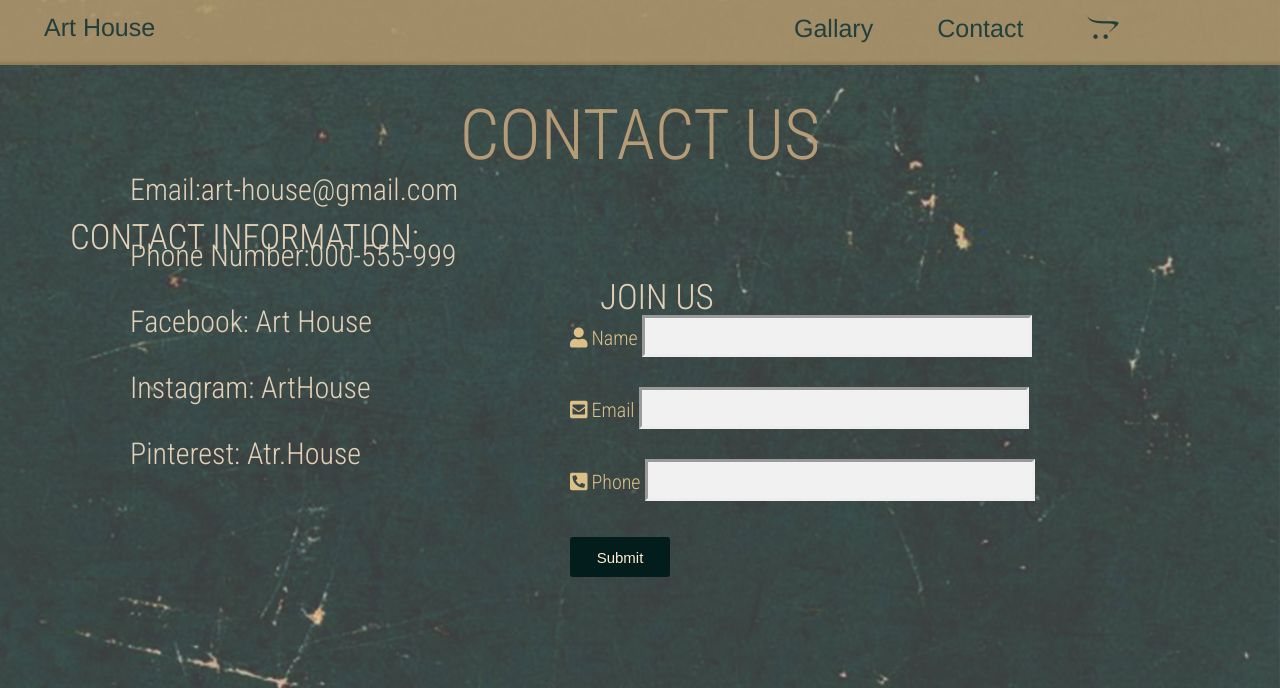
Repository: merge-confilicts/art-house
Page: html/contact-us.html
These files come from the project's save history. The page is drawn as it stood at one moment and after the next save; the edit follows.
The browser window is 1280 px wide. The pictures show the part of the page from y = 0 to 688 px (the page is 1739 px tall before and 1639 px after).
Pictures or frames that could not be fetched are drawn as grey boxes. A picture or video elsewhere on the page could not be fetched, so the positions and the page height are approximate.

Above is the page before, as saved 2021-05-26 01:02:06.

### html/contact-us.html
<!DOCTYPE html>
<html lang="en">

<head>
    <meta charset="UTF-8">
    <meta http-equiv="X-UA-Compatible" content="IE=edge">
    <meta name="viewport" content="width=device-width, initial-scale=1.0">
    <title>Art house</title>
    <l<link rel="preconnect" href="https://fonts.gstatic.com">
        <link
            href="https://fonts.googleapis.com/css2?family=Noto+Sans+JP:wght@300&family=Roboto+Condensed:wght@300&family=Tajawal:wght@300&display=swap"
            rel="stylesheet">
        <link href="css/reset.css" rel="stylesheet">
        <link href="../css/cantactUs.css" rel="stylesheet">
        <link rel="stylesheet" href="https://use.fontawesome.com/releases/v5.15.3/css/all.css"
            integrity="sha384-SZXxX4whJ79/gErwcOYf+zWLeJdY/qpuqC4cAa9rOGUstPomtqpuNWT9wdPEn2fk" crossorigin="anonymous">
</head>

<body>
    <h1>CONTACT US</h1>
    <h2>CONTACT INFORMATION:</h2>
    <header id="header">
        <nav>
            <ul>
                <li><a href="/index.html">Art House</a></li>
                <li><a href="/html/gallery.html">Gallary</a></li>
                <li><a href="#">Contact</a></li>
                <li><a href="/html/shopping-page.html"><i class="fab fa-opencart"></i>
            </ul>
        </nav>
        <div id="info">
            <ul>
                <li>
                    <a href="#">Email:art-house@gmail.com</a>
                </li><br /><br />
                <li>
                    <a href="#">Phone Number:000-555-999</a>
                </li><br /><br />
                <li>
                    <a href="#" id="fa">Facebook: Art House</a>
                </li><br /><br />
                <li>
                    <a href="#">Instagram: ArtHouse</a>
                </li><br /><br />
                <li>
                    <a href="#">Pinterest: Atr.House</a>
                </li><br /><br />
            </ul>
        </div>
        <img src="../Images/2.jpg" alt="" id='mainimg'>
    </header>
    <main>
        <article>
            <section class="right">
                <div>
                    <h2>JOIN US</h2>
                    <form action="" id="joinForm">
                        <fieldset>
                            <i class="fas fa-user"></i>
                            <label for="Name">Name</label>
                            <input id="name" class="input " name="Name" type="text" placholder="Name" required><br>

                            <i class="fas fa-envelope-square"></i>
                            <label for="Email">Email</label>
                            <input id="email" class="input " name="Email" type="text" placholder="Email" required><br>

                            <i class="fas fa-phone-square-alt"></i>
                            <label for="Phone">Phone </label>
                            <input id="Phone" class="input " name="Phone" type="text" placholder="Phone"
                                required><br><br>

                            <input id="submit" name="submit" type="submit" placholder="submit" /><br><br>
                        </fieldset>
                    </form>
                </div>
                <!-- <h4> Mesaage :</h4> -->
                <div id="message">
                    <p id="submitm">You are submitted successfully</p>
                    <button id="xsubmit">ok</button>
                </div>
            </section>
            <section class="map">
                <h3> Location</h3>
                <div class="mapouter">
                    <div class="gmap_canvas"><iframe width="1200px" height="500px" id="gmap_canvas"
                            src="https://maps.google.com/maps?q=amman%20jordan&t=&z=13&ie=UTF8&iwloc=&output=embed"
                            frameborder="0" scrolling="no" marginheight="0" marginwidth="0"></iframe>
                        <style>
                            .mapouter {
                                top: 0px;
                                position: relative;
                                text-align: right;
                                border: 3px solid #142823;
                            }
                        </style>
                        <a href="https://www.embedgooglemap.net">google map code for website</a>
                        <style>
                            .gmap_canvas {
                                overflow: hidden;
                                /* background: none !important; */
                                height: "100%";
                                width: "100%";
                            }

                            a {
                                text-align: none;
                                color: #142823;
                            }
                        </style>
                    </div>
                </div> -->
                <span></span>
                <span id='lineright'></span>
            </section>
        </article>
        <!--...................our Team-->
        <h2 id="teamm">OUR TEAM</h2>
        <section class="divv">
            <div id="div1">
                <img src="https://cdn4.iconfinder.com/data/icons/small-n-flat/24/user-alt-512.png" width=150px />
                <h2 id="h11">member name</h2>
            </div>
            <div id="div2">
                <img src="https://cdn4.iconfinder.com/data/icons/small-n-flat/24/user-alt-512.png" width=150px />
                <h2 id="h22">member name</h2>
            </div>
            <div id="div3">
                <img src="https://cdn4.iconfinder.com/data/icons/small-n-flat/24/user-alt-512.png" width=150px />
                <h2 id="h33">member name</h2>
            </div>
            <div id="div4">
                <img src="https://cdn4.iconfinder.com/data/icons/small-n-flat/24/user-alt-512.png" width=150px />
                <h2 id="h44">member name</h2>
            </div>
            <div id="div5">
                <img src="https://cdn4.iconfinder.com/data/icons/small-n-flat/24/user-alt-512.png" width=150px />
                <h2 id="h55">member name</h2>
            </div>
    </main>
    <footer>
        <p><i class="far fa-copyright"></i> Art-House 2021</p>
        <span></span>
        <a href="#"> <i class="fab fa-facebook"></i></a>
        <a href="#"> <i class="fab fa-instagram"></i></i></a>
        <a href="#"> <i class="fab fa-twitter"></i></i></a>
        <a href="#"><i class="fab fa-pinterest"></i></i></a>
    </footer>
    <script src="../js/submit.js"></script>
</body>
</html>

### css/cantactUs.css

@import url(https://fonts.googleapis.com/css?family=Source+Sans+Pro:200,300);
@prim: #53e3a6;

body{
    background-color: #F4EBD0;
}


#header nav{
    background-color: #a38b5d;
    opacity: .8;
    height: 70px;
    top:-5px;
    left: -6px;
    position: fixed;
    width: 101%;
}
#header ul li {
    display: inline-block;
    margin-left: 0px;
    padding-top: 20px;
    left: 800px;
    position: relative;
    margin-right: 60px;

}
#header ul li:first-child{
    left:50px;
    font-size: 25px;
    position: absolute;
}

#header nav ul li a {
    font-size: 25px;
    text-decoration: none;
    color: #062a26;
    font-family:'Franklin Gothic Medium', 'Arial Narrow', Arial, sans-serif;
    opacity: 1;
}

#mainimg{
    position: absolute;
    top:0%;
    left: 0px;
    width:100%;
    z-index:-1;
}

h1{
    text-align:center;
    font-family: 'Noto Sans JP', sans-serif;
    font-family: 'Roboto Condensed', sans-serif;
    font-size: 40px;
    color: #B69B77;
    font-size: 70px;
    top: 100px;
    position: relative;
    margin-bottom: 150px;

}
h2{
    font-family: 'Noto Sans JP', sans-serif;
    font-family: 'Roboto Condensed', sans-serif;
    color: #E2D0B8;
    margin-left:70px;
    margin-top: 40px;
    font-size: 35px;
}

#info{
    right: 670px;
    top: -100px;
    position: relative;
}

#info ul li a {
    text-decoration: none;
    font-family: 'Noto Sans JP', sans-serif;
    font-family: 'Roboto Condensed', sans-serif;
    color: #E2D0B8;
    font-size: 30px;
}


.right{
    top:240px;
    left:450px;
    padding-bottom:20% ;
    margin-bottom: 100px;
    width: 40%;
    height:50% ;
    position: absolute;

}
article section h2 {
    font-family: 'Noto Sans JP', sans-serif;
    font-family: 'Roboto Condensed', sans-serif;
    color: #E2D0B8;
    margin-left: 150px;
    margin-top: 40px;
    font-size: 35px;

}

form {
   width: 100%;
   height: 70%;
   margin-left: 120px;
   padding: 20px 0px 20px 0px;
   position: relative;
	z-index: 2;
    animation-duration: 22s;
    box-sizing: border-box;
    outline: none;
    border: none;
}
form fieldset{
    border: none;
}
form fieldset label{
    top: -35px;
    position: relative;
    color: #DDBF88;
    font-family: 'Noto Sans JP', sans-serif;
    font-family: 'Roboto Condensed', sans-serif;
    font-size: 20px;
}
form fieldset i {
    top: -35px;
    position: relative;
    color: #DDBF88;
    font-family: Roboto Condensed', sans-serif';
    font-size: 20px;
}

form .input {
     width: 380px;
     display: inline-block;
     border: none;
     background: #f1f1f1;
     padding-top: 20px;
     border-style: inset;
     margin-top: 10px;
     margin-bottom: 20px;
 }

form fieldset input{
    top: -30px;
    position: relative;
}
form .input:hover {
    background-color: fade(white, 40%);
}

form .input:focus{
    opacity: 1;
    width: 35em;
}

@keyframes flying {
    from {
      transform: translate(0, 0) scale(1) rotateX(0deg);
    }
    to {
      transform: translate(10em, -7em) scale(.215)rotateX(-100deg);
    }
}


#submit{
    background-color: #021d1c;
    color: blanchedalmond;
    appearance: none;
    outline: 0;
    border: 0;
    padding: 10px 15px;
    border-radius: 3px;
    width: 100px;
    height: 40px;
    cursor: pointer;
    font-size:15px;

}

#submit:hover{
    padding: 10px 15px;
    border:none;
    cursor:pointer;
    font-weight:bold;
    color: #fcfcfc;
    background-color: #10221e;
    width: 100px;
    height: 40px;
    font-size:15px;
    font-weight:bold;

  }

#message{
    top: -200px;
    right: 400px;
    position: relative;
    border: 4px solid #142823 ;
    background-color: #eed5a8;
    height: 120px;
}

#submitm{
    left:90px;
    position: relative;
    font-size: 25px;
    color:rgb(17, 16, 16);
    top: 0px;
    font-family: 'Noto Sans JP', sans-serif;
    font-family: 'Roboto Condensed', sans-serif;
}

#xsubmit{

   left: 180px;
   top: -15px;
   position: relative;
   z-index: 15;
   width: 100px;
   height:30px;
   font-size: 15px;
   font-weight: bold;
   display: none;
   background-color: #142823;
   color: #eed5a8;
   font-family: 'Noto Sans JP', sans-serif;
   font-family: 'Roboto Condensed', sans-serif;
}


h3{
    font-family: 'Noto Sans JP', sans-serif;
    font-family: 'Roboto Condensed', sans-serif;
    color: #182e28;
    font-size: 50px;
    text-align:center;
    /* padding-right: 10px; */
    padding-top: 150px;

}
section span{
    display: block;
    top: -630px;
    left:200px;
    position: relative;
    background-color:#DDBF88 ;
    height:10px;
    border:#DDBF88 ;
    width: 300px;
}
#lineright{
    display: block;
    top: -640px;
    left:700px;
    position: relative;
    background-color:#DDBF88 ;
    height:10px;
    border:#DDBF88 ;
    width: 300px;
}

/*................our team*/

#teamm{
    text-align: center;
    margin-left:-50px ;
    padding-top: 20px;
    font-family: 'Noto Sans JP', sans-serif;
    font-family: 'Roboto Condensed', sans-serif;
    color: #142823;
    font-size: 35px;

}
.divv{
    display: flex;
}
#div1{
    width:30%;
    margin: 0px 18px 30px 0px;
    padding-left: 20px;
}

#div2{
    width:30%;
      margin: 0px 18px 30px 0px;
      padding-left: 20px;
}
#div3{
    width:30%;
      margin: 0px 30px 30px 0px;
      padding-left:40px;
}
#div4{
    width:30%;
    float: left;
      margin: 0px 18px 30px 0px;
      padding-left: 20px;
}
#div5{
    width:30%;
      margin: 0px 18px 30px 0px;
      padding-left: 20px;
}
#div6{
    width:30%;
      margin: 0px 18px 30px 0px;
      padding-left: 20px;
}

footer {
    text-align: center;
    background-color: #021d1c;

}
footer p{
    margin-right: 350px;
    color: #C5A86F;
    font-family: 'Roboto Condensed', sans-serif;
    font-size: 20px;
    top: 20px;
    position: relative;
}
footer .fa-copyright{
    color: #C5A86F;
    font-size: 20px;
}
footer span{
    background-color: #C5A86F;
    border: 2px solid #C5A86F;
    left: -10px;
    top:-10px;
    position: relative;
}
footer .fa-facebook{
    position: relative;
    color: #C5A86F;
    font-size: 20px;
    top: -20px;
    position: relative;
}
footer .fa-instagram{
    color: #C5A86F;
    font-size: 20px;
    top: -20px;
    position: relative;
}
footer .fa-twitter{
    color: #C5A86F;
    font-size: 20px;
    top: -20px;
    position: relative;
}
footer .fa-pinterest{
    color: #C5A86F;
    font-size: 20px;
    top: -20px;
    position: relative;
}

### js/submit.js

'use strict'

let form = document.getElementById('joinForm');
let xBtn1 = document.getElementById('xsubmit');
let msgDiv = document.getElementById('message');
xBtn1.style.display = 'none';
form.addEventListener('submit', handelClicks)
let btn1 = document.getElementById('submitm');
btn1.style.display = 'none';
msgDiv.style.display = 'none';

function handelClicks(event) {
    event.preventDefault();
    xBtn1.style.display = 'block';
    if (btn1.style.display = 'none') {
        btn1.style.display = 'block';
    }
    if (msgDiv.style.display = 'none') {
        msgDiv.style.display = 'block';
    }
};
xBtn1.addEventListener('click', handelClicks1);

function handelClicks1(event) {
    event.preventDefault();

    if (btn1.style.display = 'block') {
        btn1.style.display = 'none';
    }
    if (xBtn1.style.display = 'block') {
        xBtn1.style.display = 'none';
    }
    if (msgDiv.style.display = 'block') {
        msgDiv.style.display = 'none';
    }
};

Loaded but not shown: css/reset.css (common file)

After the next save:
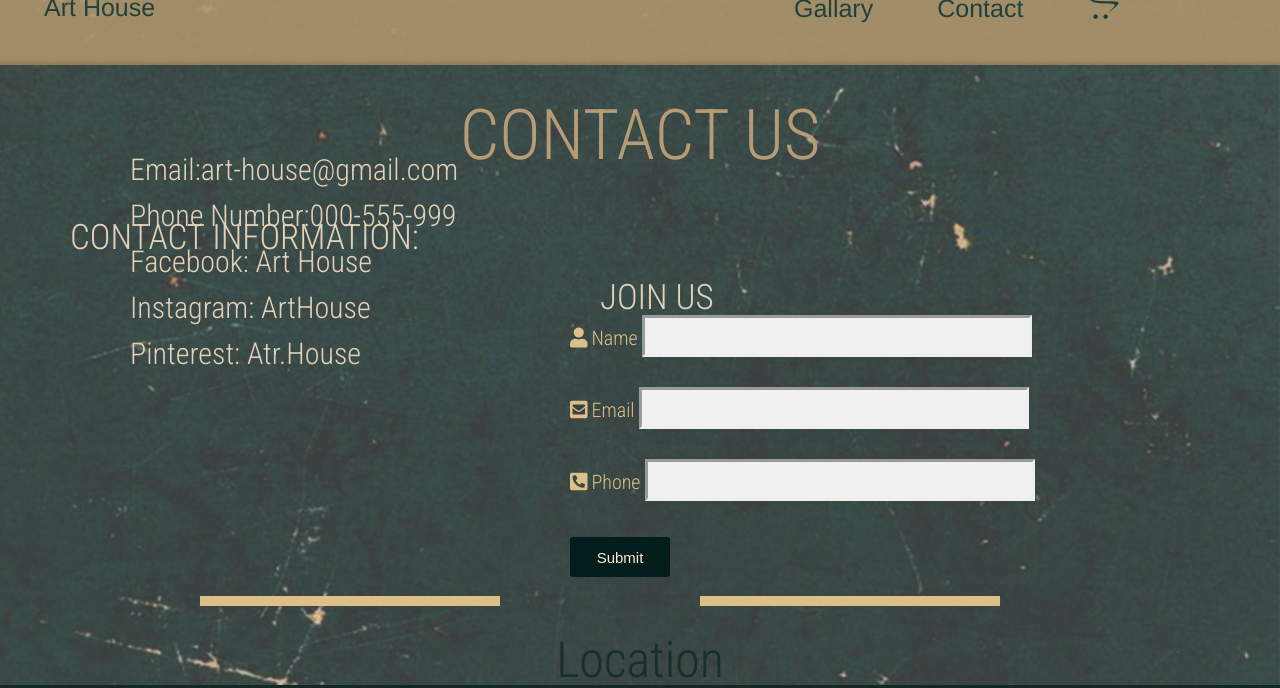
Saved 18 s later.
--- a/css/cantactUs.css
+++ b/css/cantactUs.css
@@ -19,7 +19,7 @@ body{
 #header ul li {
     display: inline-block;
     margin-left: 0px;
-    padding-top: 20px;
+    /* padding-top: 20px; */
     left: 800px;
     position: relative;
     margin-right: 60px;
